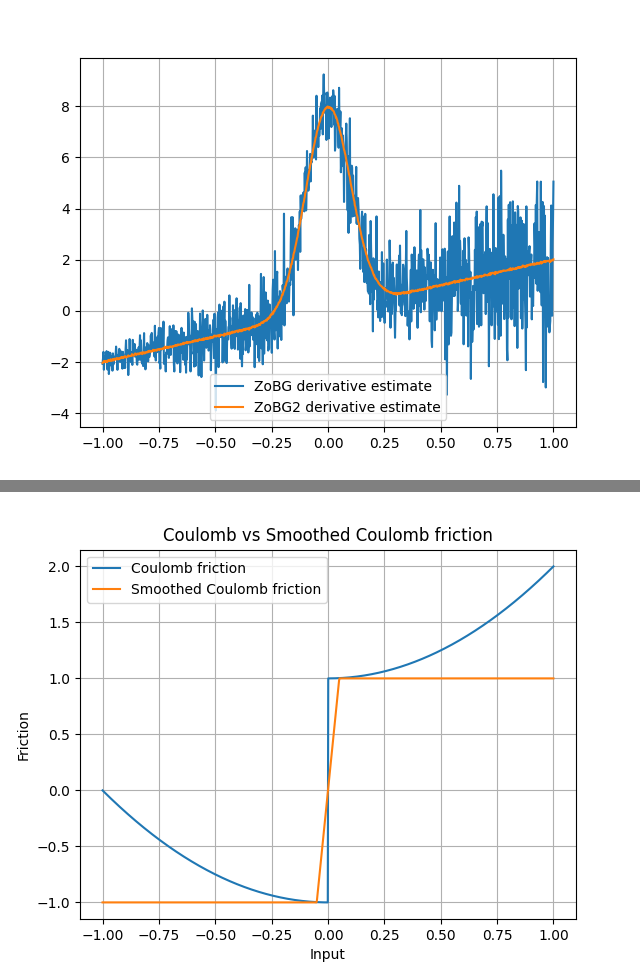
Repository: oomcth/Gradient-smoothing
Script's output: python test.py
These files come from the project's save history. The script's output is drawn as it stood at one moment and after a run of saves; the edit follows.
Each picture stacks the figures in order, with grey between them; figures that are only written to a file come last. Random numbers start from a fixed seed.

Above is the script's output before, as saved 2025-11-21 19:30:51.

### test.py
import numpy as np
import matplotlib.pyplot as plt

rng = np.random.default_rng()
sigma = 0.1
t = 0.1


def coulomb_friction(x):
    return x**2 + (-1 if x < 0 else 1)


def smoothed_coulomb_friction(x, t):
    assert t > 0
    return -1 if x < -t / 2 else 1 if x > t / 2 else 2 * x / t


def visualize_coulomb(t):
    x = np.linspace(-1, 1, 1000)
    y1 = np.array([coulomb_friction(l) for l in x])
    y2 = np.array([smoothed_coulomb_friction(l, t) for l in x])

    plt.plot(x, y1, label="Coulomb friction")
    plt.plot(x, y2, label="Smoothed Coulomb friction")

    plt.legend()
    plt.xlabel("Input")
    plt.ylabel("Friction")
    plt.title("Coulomb vs Smoothed Coulomb friction")
    plt.grid(True)
    plt.show()


def gaussian_pdf(x, mu=0.0, sigma=1.0):
    return 1.0 / (np.sqrt(2 * np.pi) * sigma) * np.exp(-0.5 * ((x - mu) / sigma) ** 2)


def zo_gradient(f, x, M=100):
    x = np.array([x], dtype=np.float64)
    omegas = np.random.normal(loc=0, scale=sigma, size=M)
    xs = x + omegas
    fx = np.array([f(xi) for xi in xs])
    glp = -omegas / (sigma**2)
    return -(fx * glp).sum(axis=0) / M


def fo_gradient(f, x, M=100):
    x = np.array([x], dtype=np.float64)
    omegas = np.random.normal(loc=0, scale=sigma, size=M)
    xs = x + omegas
    grads = 2 * xs
    return grads.mean() + 2 * gaussian_pdf(-x, mu=0, sigma=sigma)


def visualize_coulomb_derivatives():
    x = np.linspace(-1, 1, 1000)

    y1 = np.array([zo_gradient(coulomb_friction, l, M=100) for l in x])
    y2 = np.array([fo_gradient(coulomb_friction, l, M=100) for l in x])

    plt.plot(x, y1, label="ZoBG derivative estimate")
    plt.plot(x, y2, label="ZoBG2 derivative estimate")
    plt.legend()
    plt.grid(True)
    plt.show()


visualize_coulomb_derivatives()
visualize_coulomb(t)

After the next 2 saves:
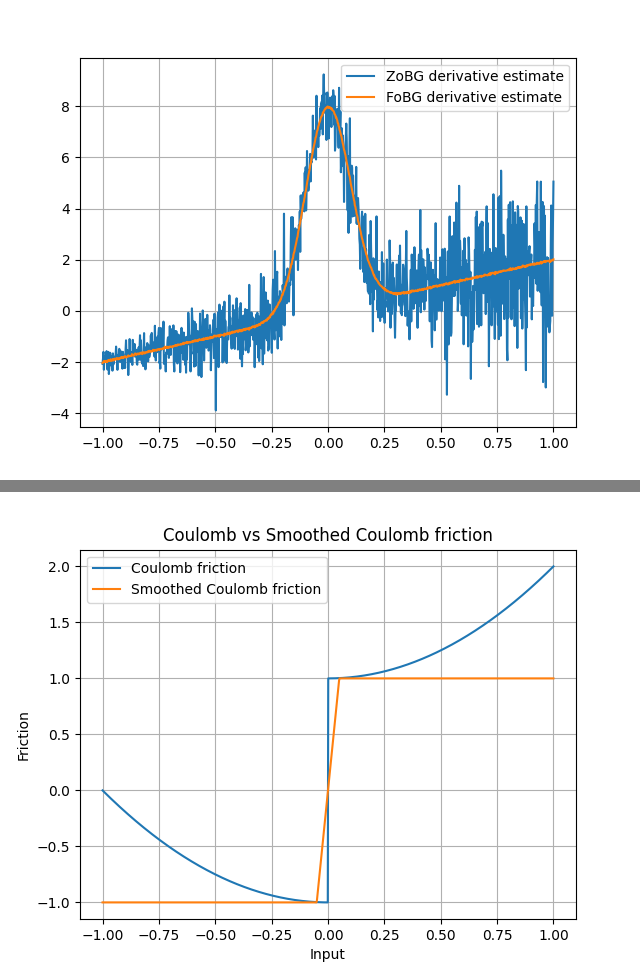
The 2 saves are shown as one change because they came seconds apart.
The last was saved 95 s later.
--- a/test.py
+++ b/test.py
@@ -59,7 +59,7 @@ def visualize_coulomb_derivatives():
     y2 = np.array([fo_gradient(coulomb_friction, l, M=100) for l in x])
 
     plt.plot(x, y1, label="ZoBG derivative estimate")
-    plt.plot(x, y2, label="ZoBG2 derivative estimate")
+    plt.plot(x, y2, label="FoBG derivative estimate")
     plt.legend()
     plt.grid(True)
     plt.show()
